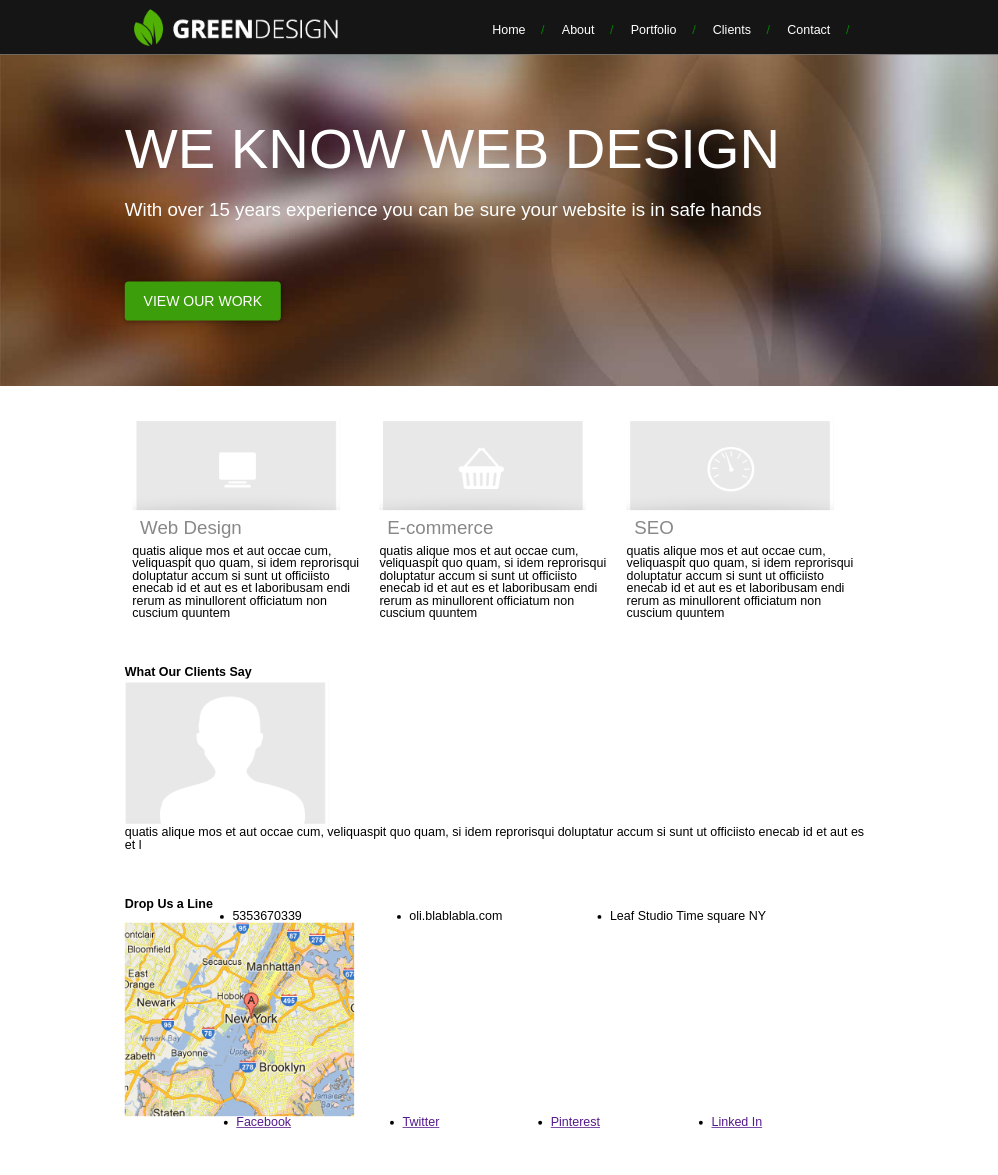
Repository: Piterwk1/psd-to-html
Page: website/index.html
An editor plug-in stored every save of this project. The page is shown before and after the next save, followed by the edit.
The browser window is 1280 px wide. The pictures show the whole page, at 78% of full size.

Above is the page before, as saved 2021-09-14 21:12:46.

### website/index.html
<html lang="en">

<head>
    <meta charset="UTF-8">
    <meta http-equiv="X-UA-Compatible" content="IE=edge">
    <meta name="viewport" content="width=device-width, initial-scale=1.0">
    <title>Green Design</title>
    <link rel="stylesheet" href="style.css">
</head>

<body>
    <header>
        <div class="wrapper">
            <h1 id="logo">Green Design</h1>
            <nav>
                <h2>Main Navigation</h2>
                <ul>
                    <li><a href="">Home</a><span>/</span></li>
                    <li><a href="">About</a><span>/</span></li>
                    <li><a href="">Portfolio</a><span>/</span></li>
                    <li><a href="">Clients</a><span>/</span></li>
                    <li><a href="">Contact</a><span>/</span></li>
                </ul>
            </nav>
        </div>
    </header>
    <div id="lead-banner">
        <img src="images/Baner.jpg" alt="main banner">
        <div class="banner-overlay">
            <div class="wrapper">
                <div class="banner-title">We know web Design</div>
                <p>With over 15 years experience you can be sure your website is in safe hands</p>
                <a href="">View our work</a>
            </div>
        </div>
    </div>
    <div id="main-content">

        <div class="wrapper">

            <section id="points-of-sale">
                <h2>Point of Sale</h2>
                <ul>
                    <li>
                        <img src="images/cs1.png" alt="Web Design">
                        <h3>Web Design</h3>
                        <p>quatis alique mos et aut occae cum, veliquaspit quo quam, si idem reprorisqui doluptatur
                            accum si
                            sunt ut officiisto enecab id et aut es et laboribusam endi rerum as minullorent officiatum
                            non
                            cuscium quuntem</p>
                    </li>
                    <li>
                        <img src="images/cs2.png" alt="E-commerce">
                        <h3>E-commerce</h3>
                        <p>quatis alique mos et aut occae cum, veliquaspit quo quam, si idem reprorisqui doluptatur
                            accum si
                            sunt ut officiisto enecab id et aut es et laboribusam endi rerum as minullorent officiatum
                            non
                            cuscium quuntem</p>
                    </li>
                    <li>
                        <img src="images/cs3.png" alt="SEO">
                        <h3>SEO</h3>
                        <p>quatis alique mos et aut occae cum, veliquaspit quo quam, si idem reprorisqui doluptatur
                            accum si
                            sunt ut officiisto enecab id et aut es et laboribusam endi rerum as minullorent officiatum
                            non
                            cuscium quuntem</p>
                    </li>
                </ul>
            </section>
            <section id="clients">
                <h2>What Our Clients Say</h2>
                <img src="images/head.png" alt="head">
                <!-- <img src="images/quotes.png" alt="quotes"> -->
                <blockquote>quatis alique mos et aut occae cum, veliquaspit quo quam, si idem reprorisqui doluptatur
                    accum
                    si sunt ut officiisto enecab id et aut es et l</blockquote>
            </section>
            <section id="contact">
                <h2>Drop Us a Line</h2>
                <ul id="contact-methods">
                    <li>5353670339</li>
                    <li>oli.blablabla.com</li>
                    <li>
                        <span>Leaf Studio</span>
                        <span>Time square</span>
                        <span>NY</span>
                    </li>
                </ul>
                <img src="images/map.png" alt="map">
                <ul id="social-map">
                    <li class="facebook"><a href="">Facebook</a></li>
                    <li class="twitter"><a href="">Twitter</a></li>
                    <li class="pinterest"><a href="">Pinterest</a></li>
                    <li class="linked-in"><a href="">Linked In</a></li>
                </ul>
            </section>
        </div>
    </div>
</body>

</html>

### website/style.css
html,
body,
div,
span,
object,
iframe,
h1,
h2,
h3,
h4,
h5,
h6,
p,
blockquote,
pre,
abbr,
address,
cite,
code,
del,
dfn,
em,
img,
ins,
kbd,
q,
samp,
small,
strong,
sub,
sup,
var,
b,
i,
dl,
dt,
dd,
ol,
ul,
li,
fieldset,
form,
label,
legend,
table,
caption,
tbody,
tfoot,
thead,
tr,
th,
td,
article,
aside,
canvas,
details,
figcaption,
figure,
footer,
header,
hgroup,
menu,
nav,
section,
summary,
time,
mark,
audio,
video {
  margin: 0;
  padding: 0;
  border: 0;
  outline: 0;
  font-size: 100%;
  vertical-align: baseline;
  background: transparent;
  font-family: arial;
}

body {
  line-height: 1;
}

article,
aside,
details,
figcaption,
figure,
footer,
header,
hgroup,
menu,
nav,
section {
  display: block;
}

nav ul {
  list-style: none;
}

blockquote,
q {
  quotes: none;
}

blockquote:before,
blockquote:after,
q:before,
q:after {
  content: "";
  content: none;
}

a {
  margin: 0;
  padding: 0;
  font-size: 100%;
  vertical-align: baseline;
  background: transparent;
}

/* change colours to suit your needs */
ins {
  background-color: #ff9;
  color: #000;
  text-decoration: none;
}

/* change colours to suit your needs */
mark {
  background-color: #ff9;
  color: #000;
  font-style: italic;
  font-weight: bold;
}

del {
  text-decoration: line-through;
}

abbr[title],
dfn[title] {
  border-bottom: 1px dotted;
  cursor: help;
}

table {
  border-collapse: collapse;
  border-spacing: 0;
}

/* change border colour to suit your needs */
hr {
  display: block;
  height: 1px;
  border: 0;
  border-top: 1px solid #cccccc;
  margin: 1em 0;
  padding: 0;
}

input,
select {
  vertical-align: middle;
}

header div {
  display: flex;
  justify-content: space-between;
  width: 100%;
  max-width: 960px;
  margin: 0 auto;
}

.wrapper {
  width: 100%;
  max-width: 960px;
  margin: 0 auto;
}

header {
  background: #151515;
}

#logo {
  background: url(images/Logo.png) no-repeat;
  height: 70px;
  width: 280px;
  text-indent: -100000px;
}

header nav {
  margin-top: 30px;
  margin-right: 20px;
  width: 50%;
}

header nav h2 {
  height: 0;
  text-indent: -100000px;
}
header nav a {
  color: #fff;
  text-decoration: none;
  font-family: arial;
}

header nav ul {
  display: flex;
  justify-content: space-around;
}

header nav span {
  color: green;
  margin-left: 20px;
}

#lead-banner img {
  width: 100%;
}

#lead-banner {
  max-height: 440px;
  overflow: hidden;
  position: relative;
}

.banner-overlay {
  position: absolute;
  top: 20%;
  width: 100%;
}

.banner-title {
  color: #fff;
  text-transform: uppercase;
  font-size: 72px;
}

#lead-banner p {
  color: #fff;
  font-size: 24px;
  min-width: 600px;
  margin-top: 30px;
}

#lead-banner a {
  color: #fff;
  display: block;
  width: 200px;
  font-size: 18px;
  text-align: center;
  padding: 16px 0;
  text-decoration: none;
  text-transform: uppercase;
  border-radius: 5px;
  margin-top: 80px;
  box-shadow: 1px 1px 6px rgba(0, 0, 0, 0.4);

  /* Permalink - use to edit and share this gradient: https://colorzilla.com/gradient-editor/#3c9e0a+0,3c9e0a+100 */
  background: #3c9e0a; /* Old browsers */
  background: -moz-linear-gradient(
    top,
    #3c9e0a 0%,
    #3c9e0a 100%
  ); /* FF3.6-15 */
  background: -webkit-linear-gradient(
    top,
    #3c9e0a 0%,
    #3c9e0a 100%
  ); /* Chrome10-25,Safari5.1-6 */
  background: linear-gradient(
    to bottom,
    #3c9e0a 0%,
    #3c9e0a 100%
  ); /* W3C, IE10+, FF16+, Chrome26+, Opera12+, Safari7+ */
  filter: progid:DXImageTransform.Microsoft.gradient( startColorstr='#3c9e0a', endColorstr='#3c9e0a',GradientType=0 ); /* IE6-9 */
}

section {
    margin: 40px 0 60px;
}

section#points-of-sale ul {
    list-style: none;
}

#points-of-sale h2 {
    height: 0;
    text-indent: -10000px;
}

section ul {
    display: flex;
    justify-content: space-evenly;
}

#points-of-sale li {
    width: 32%;
}

#points-of-sale li h3 {
    /* text-align: center; */
    color:  #888;
    font-size: 24px;
    font-weight: normal;
    margin: 10px 10px 10px;
}

After the next save:
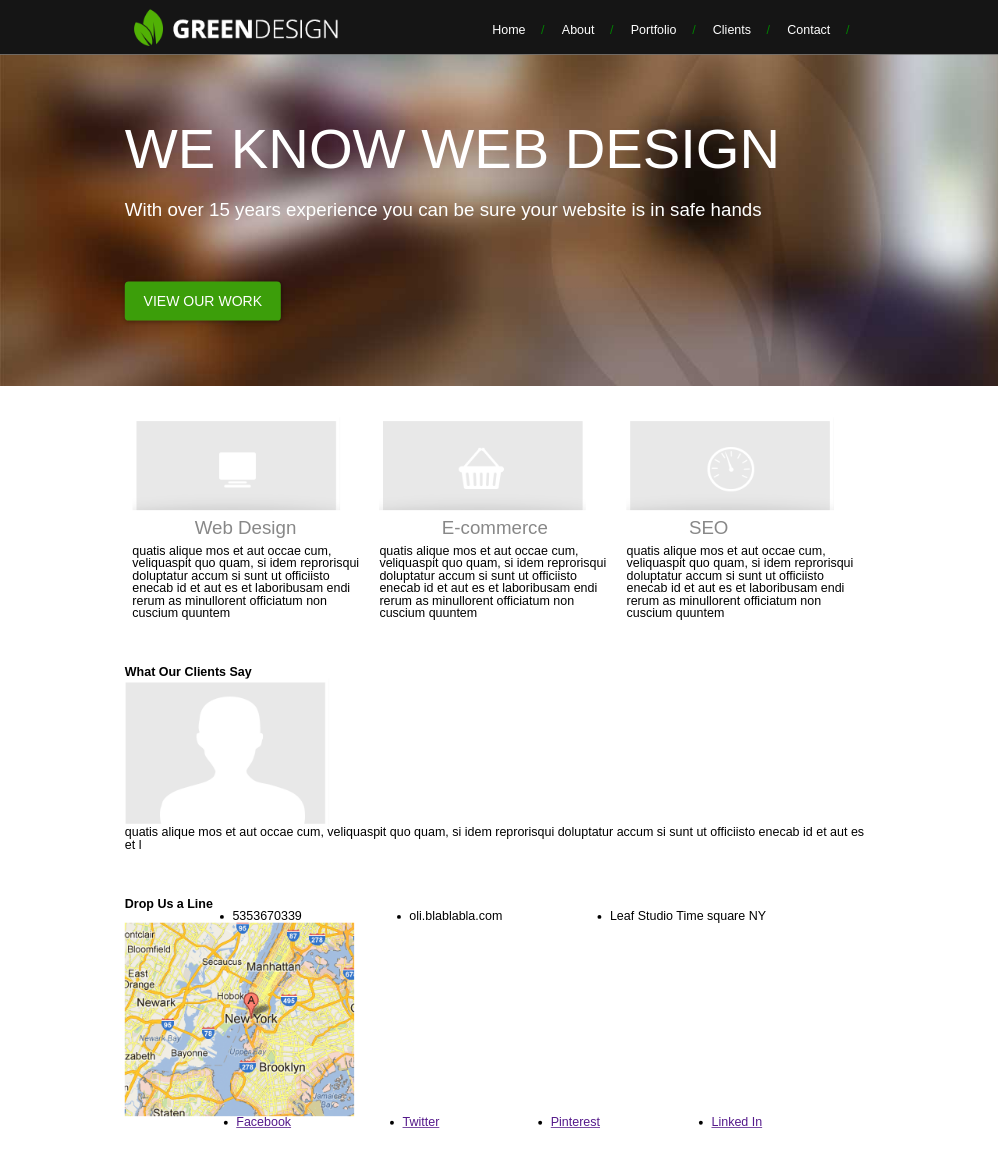
Saved 11 s later.
--- a/website/style.css
+++ b/website/style.css
@@ -305,5 +305,5 @@ section ul {
     color:  #888;
     font-size: 24px;
     font-weight: normal;
-    margin: 10px 10px 10px;
-}
+    margin: 10px 80px 10px;
+}
